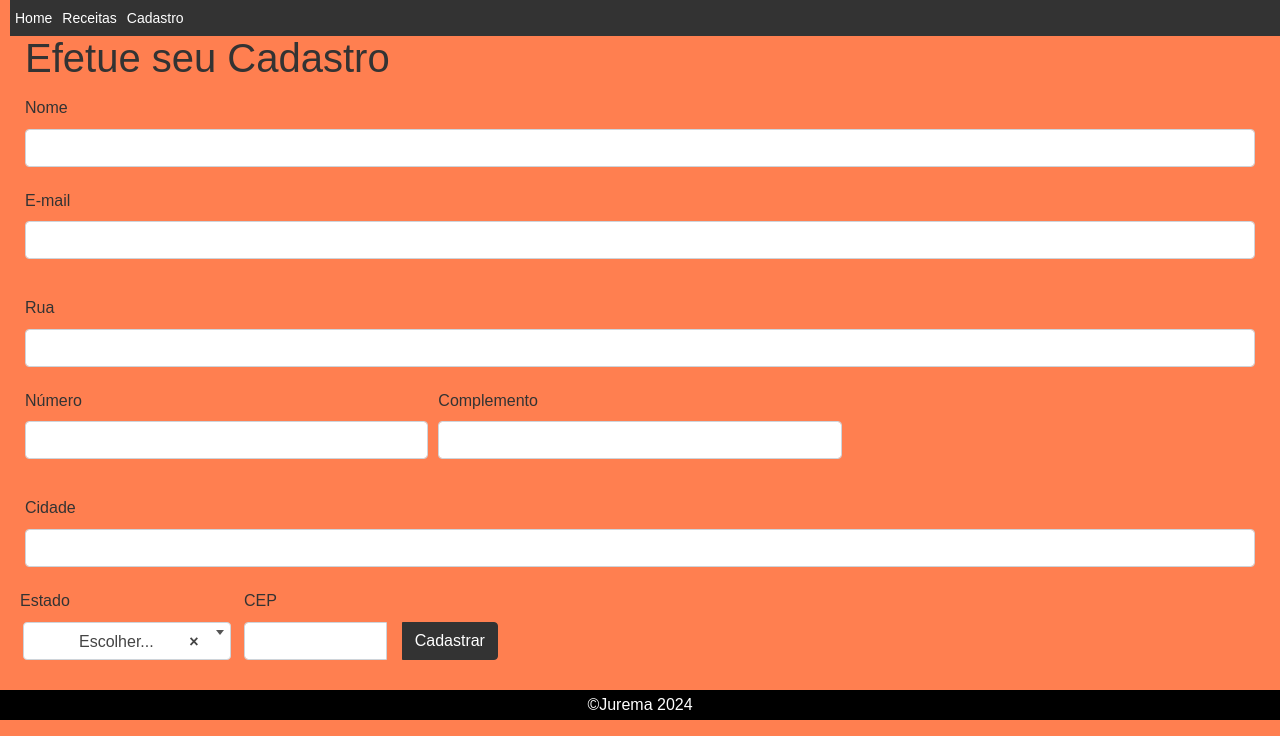
Repository: devropaes/RECEITAS
Page: OneDrive/Área de Trabalho/Estudos/Estácio/receitas/cadastro.html
An editor plug-in stored every save of this project. The page is shown before and after the next save, followed by the edit.
The browser window is 1280 px wide. The pictures show the whole page.

Above is the page before, as saved 2024-03-16 13:54:21.

### OneDrive/Área de Trabalho/Estudos/Estácio/receitas/cadastro.html
<!DOCTYPE html>
<html lang="pt-br">
<head>
    <meta charset="UTF-8">
    <meta http-equiv="X-UA-Compatible" content="IE=edge">
    <meta name="viewport" content="width=device-width, initial-scale=1.0">
    <link rel="stylesheet" href="https://stackpath.bootstrapcdn.com/bootstrap/4.3.1/css/bootstrap.min.css" integrity="sha384-ggOyR0iXCbMQv3Xipma34MD+dH/1fQ784/j6cY/iJTQUOhcWr7x9JvoRxT2MZw1T" crossorigin="anonymous">
    <link href="https://cdnjs.cloudflare.com/ajax/libs/select2/4.0.13/css/select2.min.css" rel="stylesheet" />
    <link rel="stylesheet" href="cadastro.css">
    <link rel="stylesheet" href="formatos.css">
    <title>Cadastro</title>

</head>
<body>
    <div class="page-container">
        <header>
            <nav>
  <ul class="navlist">
      <li><a href="home.html">Home</a></li>
      <li><a href="receitas.html">Receitas</a></li>
      <li><a href="cadastro.html">Cadastro</a></li>
 </ul>
 </nav>
 </header>


        <main class="container-fluid">
            <!-- Área Principal - Título e Formulário de Cadastro -->
            <div class="row">
                <div class="col-lg-12">
                    <h1 class="mt-4 text-left">Efetue seu Cadastro</h1>
                    <form>
                        <div class="form-row">
                            <div class="form-group col-md-12">
                                <label for="nome" class="float-left">Nome</label>
                                <input type="text" class="form-control" id="nome" required>
                            </div>
                            <div class="form-group col-md-12">
                                <label for="email" class="float-left">E-mail</label>
                                <input type="email" class="form-control" id="email" required>
                            </div>
                        </div>
                        <div class="form-row">
                            <div class="form-group col-md-12">
                                <label for="rua" class="float-left">Rua</label>
                                <input type="text" class="form-control" id="rua" required>
                            </div>
                            <div class="form-group col-md-4">
                                <label for="numero" class="float-left">Número</label>
                                <input type="text" class="form-control" id="numero" required>
                            </div>
                            <div class="form-group col-md-4">
                                <label for="complemento" class="float-left">Complemento</label>
                                <input type="text" class="form-control" id="complemento">
                            </div>
                        </div>
                        <div class="form-row">
                            <div class="form-group col-md-12">
                                <label for="cidade" class="float-left">Cidade</label>
                                <input type="text" class="form-control" id="cidade" required>
                            </div>

                            <div class="form-row">
                                <div class="form-group col-md-4">
                                    <label for="estado" class="float-left">Estado</label>
                                    <select id="estado" class="form-control" required>
                                    <option selected>Escolher...</option>
                                    <option value="AC">Acre</option>
                                    <option value="AL">Alagoas</option>
                                    <option value="AP">Amapá</option>
                                    <option value="AM">Amazonas</option>
                                    <option value="BA">Bahia</option>
                                    <option value="CE">Ceará</option>
                                    <option value="DF">Distrito Federal</option>
                                    <option value="ES">Espírito Santo</option>
                                    <option value="GO">Goiás</option>
                                    <option value="MA">Maranhão</option>
                                    <option value="MT">Mato Grosso</option>
                                    <option value="MS">Mato Grosso do Sul</option>
                                    <option value="MG">Minas Gerais</option>
                                    <option value="PA">Pará</option>
                                    <option value="PB">Paraíba</option>
                                    <option value="PR">Paraná</option>
                                    <option value="PE">Pernambuco</option>
                                    <option value="PI">Piauí</option>
                                    <option value="RJ">Rio de Janeiro</option>
                                    <option value="RN">Rio Grande do Norte</option>
                                    <option value="RS">Rio Grande do Sul</option>
                                    <option value="RO">Rondônia</option>
                                    <option value="RR">Roraima</option>
                                    <option value="SC">Santa Catarina</option>
                                    <option value="SP">São Paulo</option>
                                    <option value="SE">Sergipe</option>
                                    <option value="TO">Tocantins</option>
                                </select>
                            </div>
                            <div class="form-group col-md-5">
                                <label for="cep" class="float-left">CEP</label>
                                <div class="input-group">
                                    <input type="text" class="form-control mr-3" id="cep" required>
                                    <div class="input-group-append">
                                        <button type="submit" class="btn btn-primary mr-3">Cadastrar</button>
                                    </div>
                                </div>
                            </div>
                        </div>
                    </form>
                </div>
            </div>
        </main>


        <footer class="rodape">
          <p>&copy;Jurema 2024 </p>
     </footer>

     <script src="https://code.jquery.com/jquery-3.3.1.slim.min.js" integrity="sha384-q8i/X+965DzO0rT7abK41JStQIAqVgRVzpbzo5smXKp4YfRvH+8abtTE1Pi6jizo" crossorigin="anonymous"></script>
<script src="https://cdnjs.cloudflare.com/ajax/libs/popper.js/1.14.7/umd/popper.min.js" integrity="sha384-UO2eT0CpHqdSJQ6hJty5KVphtPhzWj9WO1clHTMGa3JDZwrnQq4sF86dIHNDz0W1" crossorigin="anonymous"></script>
<script src="https://stackpath.bootstrapcdn.com/bootstrap/4.3.1/js/bootstrap.min.js" integrity="sha384-JjSmVgyd0p3pXB1rRibZUAYoIIy6OrQ6VrjIEaFf/nJGzIxFDsf4x0xIM+B07jRM" crossorigin="anonymous"></script>
<script src="https://cdnjs.cloudflare.com/ajax/libs/select2/4.0.13/js/select2.min.js"></script>

<script>
    $(document).ready(function() {
        // Aplica o Select2 ao campo de seleção de estados
        $('#estado').select2({
            placeholder: 'Escolher...',
            allowClear: true, // Permite a limpeza da seleção
        });
    });
</script>

</body>
</html>

### OneDrive/Área de Trabalho/Estudos/Estácio/receitas/cadastro.css
* {
  margin: 0;
  padding: 0;
  box-sizing:content-box;
}

body {
  overflow-y: auto;
  background-color: var(--cor-primaria);
  font-family: var(--font-secundaria);
  font-size: 1em;
  font-weight: 300;
  text-align: left;
  margin: 0px;
  padding: 0px; /* Adicionado espaçamento interno ao corpo */
}

header {
  height: 0px;
  background-color:var(--cor-cabecalho);
  color: var(--cor-hover);
  box-sizing: border-box;
  width: 100%;
  max-width: 100%;
}

main {
  margin-bottom: 60px;
}

.container-fluid {
  width: 100%;
  padding-right: 15px;
  padding-left: 15px;
  margin-right: auto;
  margin-left: auto;
}

form {
  display: flex;
  flex-direction: column;
}

.form-row {
  margin-bottom: 15px;
}

.float-left {
  float: left;
  padding-top: 5px;
}

.float-right {
  float: right;
  padding-top: 5px;
}

/* Estilo personalizado para o Select2 */
.select2-container--default .select2-selection--single {
  height: 38px;
  padding: 8px 12px;
  border: 1px solid #ced4da; /* Corrigido */
  border-radius: 4px;
}

.select2-container--default .select2-selection--single .select2-selection__arrow {
  height: 18px;
}

.select2-container--default .select2-selection--single .select2-selection__rendered {
  line-height: 22px;
}

.select2-container--default .select2-selection--single .select2-selection__arrow b {
  border-color: #555 transparent transparent transparent;
}

#filtroEstado {
  margin-bottom: 15px;
}

.apresentacao {
  font-family: var(--font-secundaria);
  font-weight: 600;
  background-color: var(--cor-primaria);
  text-align: center;
  padding: 30px;
}

.btn-primary {
  color: var(--cor-hover);
  background-color: var(--cor-secundaria);
  border-color: var(--cor-secundaria);
  width: 100%; /* Adicionado */
  height: 38px; /* Adicionado */
}
/* Estilo personalizado para o botão "Cadastrar" */
.cadastrar-btn {
  /* Adicione seus estilos personalizados aqui */
}


.rodape {
  background-color: var(--cor-terciaria);
  border-color: var(--cor-hover);
  color: var(--cor-hover);
  text-align: center;
  padding: 10px;
  position: fixed;
  border-bottom: var(--cor-hover);
  left: 0;
  bottom: 0%;
  width: 100%;
  max-width: 100%;
  height: 25px;
  padding-top: 5px;
}

main {
  margin-bottom: 20px; /* Ajuste a margem inferior para acomodar a altura do rodapé mais uma margem extra */
}

### OneDrive/Área de Trabalho/Estudos/Estácio/receitas/formatos.css
:root {
    --cor-primaria: #ff7f50;
    --cor-header: #455959;
    --cor-secundaria: #333;
    --cor-terciaria: #000;
    --cor-hover: #fff;
    --cor-apagada:#ced4da;
    --font-primaria: "Arial, Helvetica", sans-serif;
    --font-secundaria: "Krona-One", sans-serif;
}

* {
    margin: 0;
    padding: 0;
    box-sizing: border-box;
}

body {
    background-color: var(--cor-primaria);
    color: var(--cor-secundaria);
    font-family: var(--font-secundaria);
    font-size: 16px;
    line-height: 1.6;
    font-weight: 400;
    text-align: center;
    margin: 5px;
    padding: 5px;
}
.navlist {

    background-color: var(--cor-secundaria); /* Cor de fundo da lista */
    padding: 5px; /* Adicionado */
    list-style: none;
    display: flex;
    justify-content:flex-start;
    max-width: 100%;

}
.navlist li {

    margin-right: 10px;

}

.navlist a {
    text-decoration: none;
    font-family: var(--font-primaria);
    font-size: 14px;
    font-weight: normal;
    color: var(--cor-apagada);
}
.navlist li a {
    color: var(--cor-hover); /* Cor do texto dentro dos links */

}

.logo-container {
    display: flex;
    align-items: center;
    font-size: 1em;
    margin-bottom: 50px;
    margin-top: 80px;
}

.logo {
    width: 70px;
    margin-right: 5px;
}

.receitas__tia__jurema {
    width: 80px;
    font-size: 2em;
    margin-bottom: 50px;
    padding: 50px;
    display: contents;
}

.content {
    display: flex;
    flex-direction: column;
    align-items: center;
    justify-content: center;
    text-align: center;
    margin-bottom: 60px;
}

.apresentacao {
    font-size: 1.5em;
    text-align: center;
    padding: 30px;
    width: 80%;
    margin: auto;
}

.apresentacao h2 {
    font-size: 1.5em;
    margin-bottom: 10px;
    padding: 10px;
    text-align: center;
}

header {
    position: fixed;
    top: 0;
    width: 100%;
    margin-top: 0;
    margin-left: 0;
    margin-right: 0;
    background-color:var(--cor-header);
    max-width: 100%;
    z-index: 1000;

}

.rodape {
    background-color: var(--cor-terciaria);
    border-color: var(--cor-hover);
    color: var(--cor-hover);
    text-align: center;
    padding: 10px;
    position: fixed;
    border-bottom: var(--cor-hover);
    left: 0;
    bottom: 0;
    width: 100%;
    height: 30px;
    max-width: 100%;
    line-height: 10px;
}

After the next save:
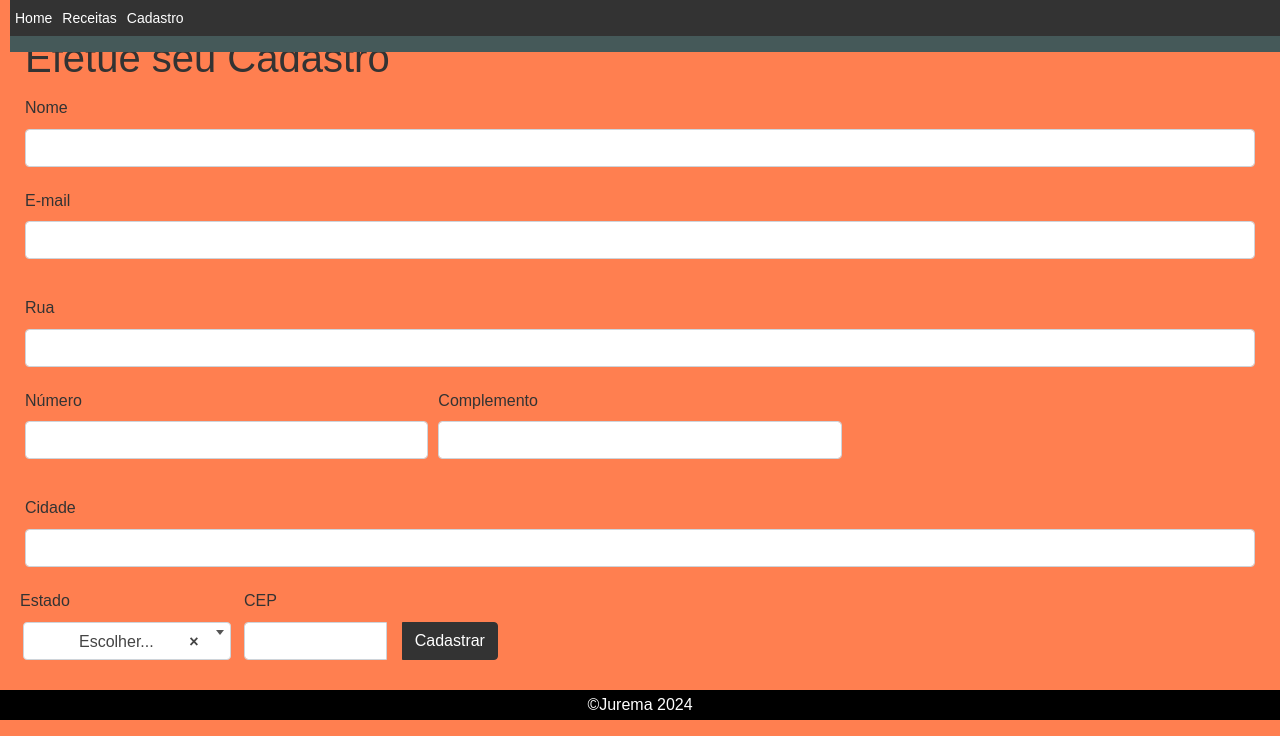
Saved 30 s later.
--- a/OneDrive/Área de Trabalho/Estudos/Estácio/receitas/cadastro.css
+++ b/OneDrive/Área de Trabalho/Estudos/Estácio/receitas/cadastro.css
@@ -15,14 +15,7 @@ body {
   padding: 0px; /* Adicionado espaçamento interno ao corpo */
 }
 
-header {
-  height: 0px;
-  background-color:var(--cor-cabecalho);
-  color: var(--cor-hover);
-  box-sizing: border-box;
-  width: 100%;
-  max-width: 100%;
-}
+
 
 main {
   margin-bottom: 60px;
